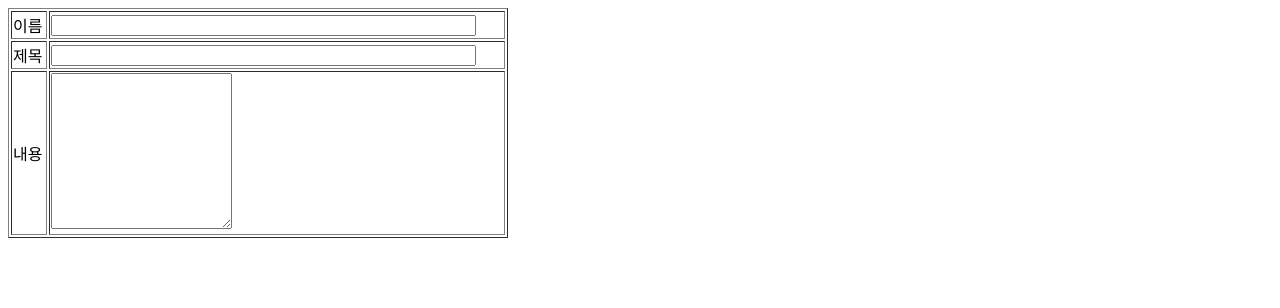
Repository: choogeonhwi/java-
Page: http://localhost/spring_mvc_board1/write_view
The author's editor kept a copy of each file at every save. The page is drawn from the files as they stood at one save, then again after the next save.
The browser window is 1280 px wide. The pictures show the whole page.
The page is served by Tomcat 9.

Above is the page before, as saved 2024-01-08 07:29:55.

After the next save:
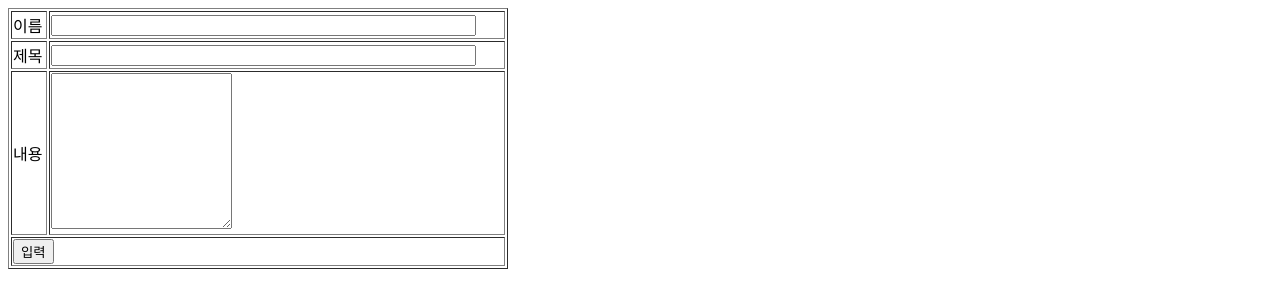
Saved 42 s later.
--- a/Spring/spring_mvc_board1/src/main/webapp/WEB-INF/views/write_view.jsp
+++ b/Spring/spring_mvc_board1/src/main/webapp/WEB-INF/views/write_view.jsp
@@ -24,6 +24,11 @@
 	<td> <textarea rows="10" name="bcontent" > </textarea>
 
 	</tr>
+	<tr>
+	<td colspan="2">
+	<input type="submit" value="입력">
+	</td>
+	</tr>
  </form>
 </table>
 </body>
